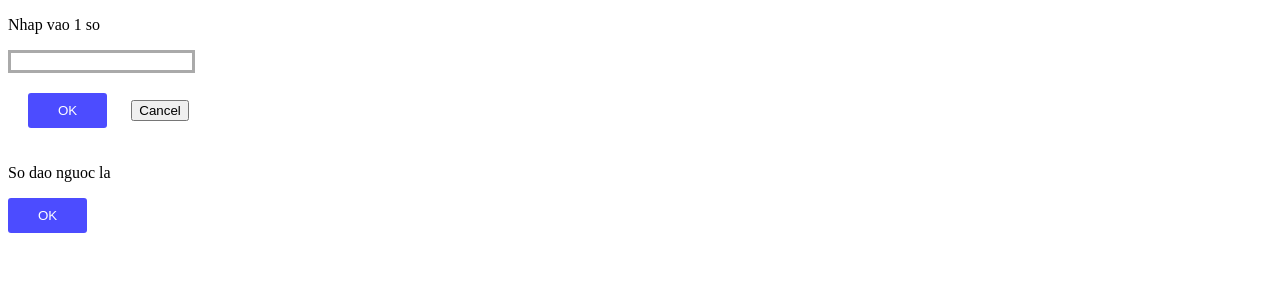
Repository: lhggiang/Sodaonguoc
Page: index.html
These files come from the project's save history. The page is drawn as it stood at one moment and after the next save; the edit follows.
The browser window is 1280 px wide. The pictures show the whole page.

Above is the page before, as saved 2023-05-19 06:59:33.

### index.html
<!DOCTYPE html>
<html lang="en">

<head>
    <meta charset="UTF-8">
    <meta http-equiv="X-UA-Compatible" content="IE=edge">
    <meta name="viewport" content="width=device-width, initial-scale=1.0">
    <link rel="stylesheet" href="./style.css">
    <title>Document</title>
</head>

<body>
    <div class="sodaonguoc">
        <p>Nhap vao 1 so</p>
        <input type="number" id="num">
        <div class="button">
            <button id="yes" class="ok btn">OK</button>
            <button>Cancel</button>
        </div>
        <p>So dao nguoc la <span id="result"></span></p>
        <button class="ok">OK</button>
    </div>

    <script src="./javascript.js"></script>
</body>

</html>

### style.css
#num {
  border: 3px solid #aaa;
}

.btn {
  margin: 20px;
}

.ok {
  background: rgba(0, 0, 255, 0.7);
  padding: 10px 30px;
  color: white;
  border-radius: 3px;
  border: none;
}

### javascript.js
//So dao nguoc
//C1:
document.getElementById("yes").onclick = function () {
  let num = parseInt(document.getElementById("num").value);
  let res = 0;
  while (num > 0) {
    res = res * 10 + (num % 10);
    num = parseInt(num / 10);
  }
  let result = document.getElementById("result");
  result.innerHTML = res;
};

After the next save:
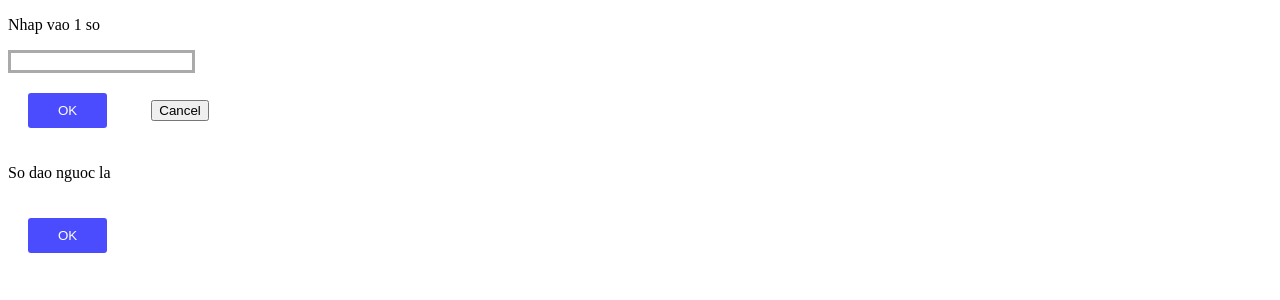
Saved 11 s later.
--- a/index.html
+++ b/index.html
@@ -15,10 +15,10 @@
         <input type="number" id="num">
         <div class="button">
             <button id="yes" class="ok btn">OK</button>
-            <button>Cancel</button>
+            <button class="btn">Cancel</button>
         </div>
         <p>So dao nguoc la <span id="result"></span></p>
-        <button class="ok">OK</button>
+        <button class="ok btn">OK</button>
     </div>
 
     <script src="./javascript.js"></script>
